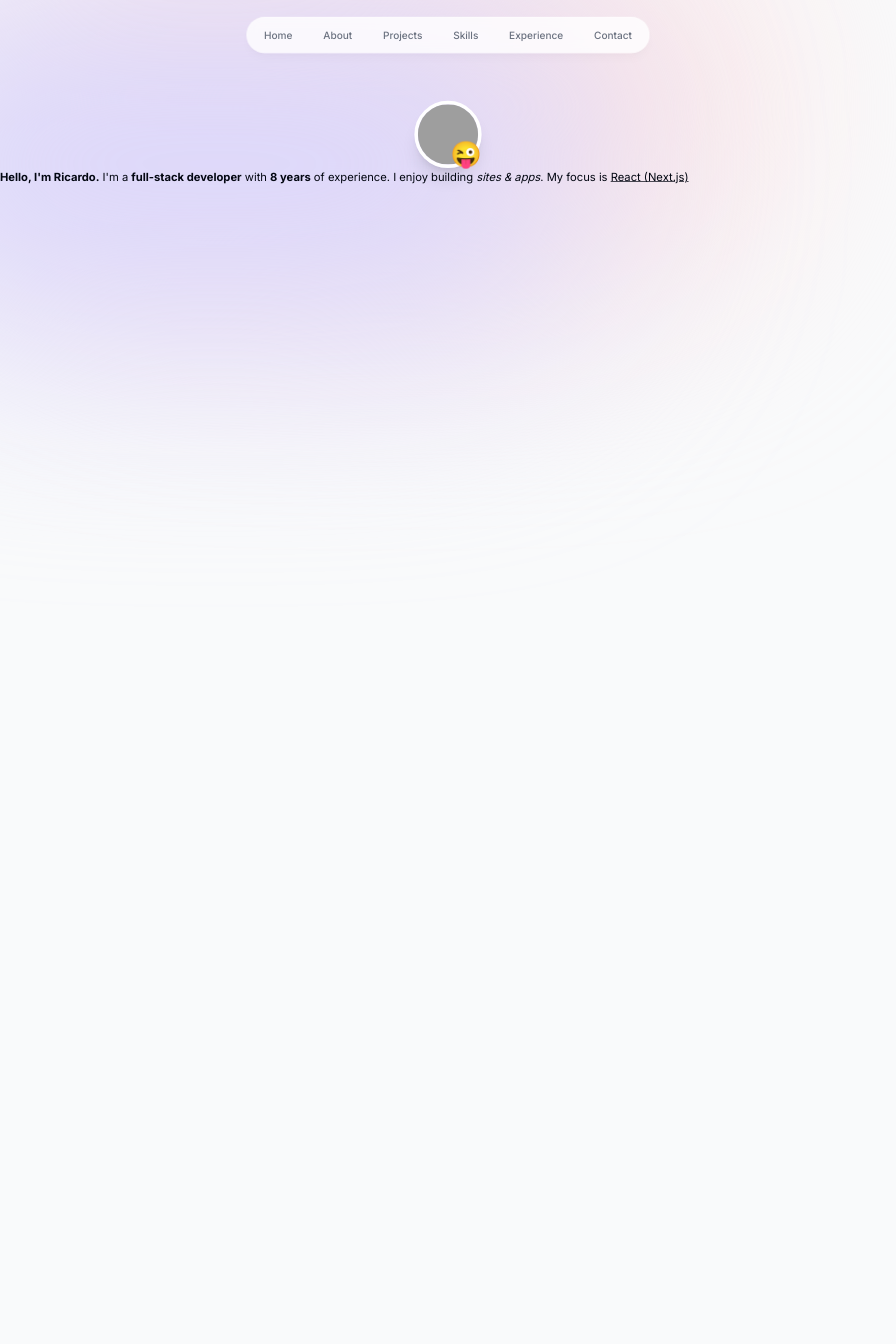
Repository: YUKIKAZE-nanoda/personal-protfolio
Page: /
The author's editor kept a copy of each file at every save. The page is drawn from the files as they stood at one save, then again after the next save.
The browser window is 1280 px wide. The pictures show the part of the page from y = 0 to 1920 px (the page is 5000 px tall), at 70% of full size.
Pictures or frames that could not be fetched are drawn as grey boxes. The project was rebuilt for these pictures with package versions that can differ from the ones it lists, and the page was loaded fresh each time. The framework's server and built-in components were replaced by stand-ins that run in the browser. Also part of the build but not shown: next.config.js.

Above is the page before, as saved 2023-09-19 15:43:00.

After the next save:
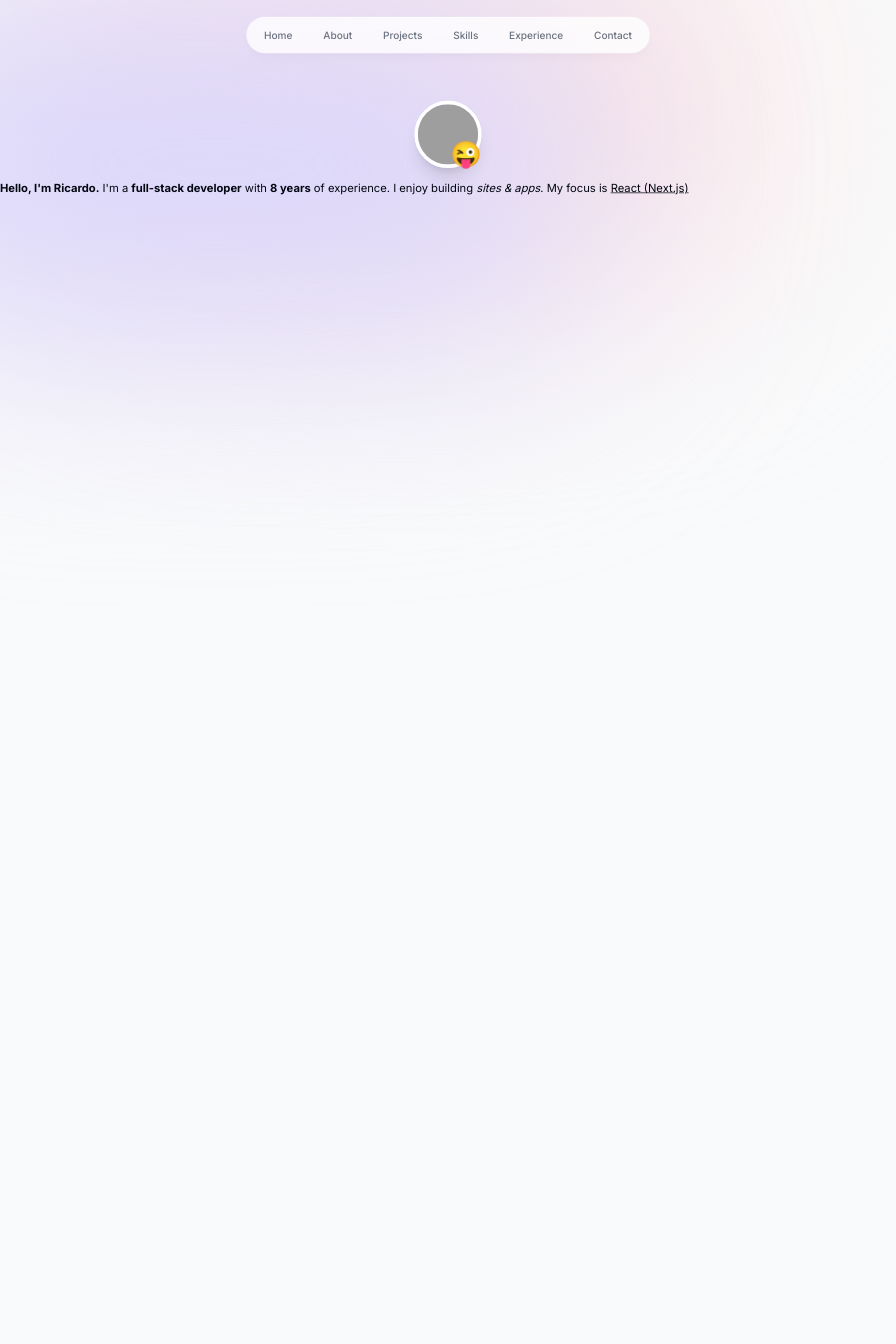
Saved 11 s later.
--- a/components/intro.tsx
+++ b/components/intro.tsx
@@ -35,7 +35,7 @@ export default function Intro() {
           </motion.span>
         </div>
       </div>
-      <p className='mb-10 '>
+      <p className='mb-10 mt-4 '>
         <span className="font-bold">Hello, I'm Ricardo.</span> I'm a{" "}
         <span className="font-bold">full-stack developer</span> with{" "}
         <span className="font-bold">8 years</span> of experience. I enjoy
